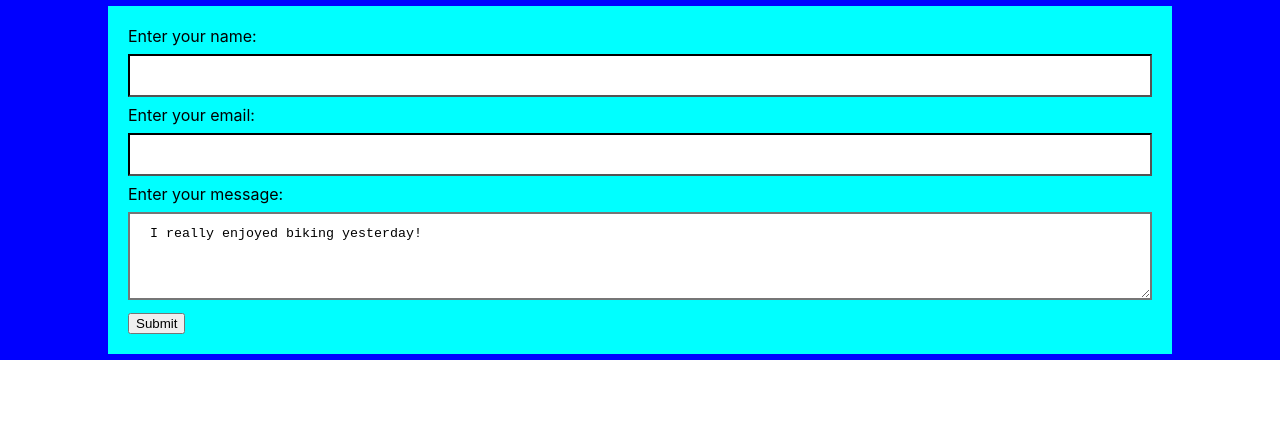
Repository: AddamVictorioDev/ProfileWebsite
Page: /form (app in con/)
These files come from the project's save history. The page is drawn as it stood at one moment and after the next save; the edit follows.
The browser window is 1280 px wide. The pictures show the whole page.
The project was rebuilt for these pictures with package versions that can differ from the ones it lists, and the page was loaded fresh each time. Also part of the build but not shown: con/src/App.css, con/src/home.css, con/src/home.js, con/src/addam.css, con/src/addam.js, con/src/usescripts.js, con/src/projects.js.

Above is the page before, as saved 2023-03-16 18:56:53.

### con/src/index.css
body {
  margin: 0;
  font-family: -apple-system, BlinkMacSystemFont, 'Segoe UI', 'Roboto', 'Oxygen',
    'Ubuntu', 'Cantarell', 'Fira Sans', 'Droid Sans', 'Helvetica Neue',
    sans-serif;
  -webkit-font-smoothing: antialiased;
  -moz-osx-font-smoothing: grayscale;
  /* background-image: url("/Users/addamvictorio/con/src/waterdropwallpp.jpg"); */
  /* background-color: #ffffff; */

}

code {
  font-family: source-code-pro, Menlo, Monaco, Consolas, 'Courier New',
    monospace;
}

### con/src/App.js
import logo from './logo.svg';
import './App.css';
import HomePage from './home';
import Addam from './addam';

import {
  BrowserRouter,
  Routes,
  Route
} from "react-router-dom";
import Projects from './projects';
import MyForm from './form';

function App() {

  return (

    <BrowserRouter>
      <Routes>


      <Route exact path="/" element={<Addam />}  />
      <Route path="projects" element={<Projects />} />
      <Route path="form" element={<MyForm />} />

      </Routes>


  </BrowserRouter>

  );
}

export default App;

### con/src/form.js
import { useState } from 'react';
import ReactDOM from 'react-dom/client';
import './form.css'

function MyForm() {
  const [inputs, setInputs] = useState({});
  const [textarea, setTextarea] = useState(
    "The content of a textarea goes in the value attribute"
  );

  const handleChange = (event) => {
    const name = event.target.name;
    const value = event.target.value;
    setInputs(values => ({...values, [name]: value}))
  }

  const handleSubmit = (event) => {
    event.preventDefault();
    alert(inputs);
  }

  return (
    <div className="center">
    <form onSubmit={handleSubmit}>
      <label>Enter your name:
      <input
        type="text"
        name="username"
        value={inputs.username || ""}
        onChange={handleChange}
      />
      </label>
      <label>Enter your email:
        <input
          type="text"
          name="age"
          value={inputs.age || ""}
          onChange={handleChange}
        />
        </label>
        <label>Enter your message:
        <textarea
        name="postContent"
        defaultValue="I really enjoyed biking yesterday!"
        rows={4}
        cols={40}
      />
        </label>

        <input type="submit" />
    </form>
    </div>
  )
}

export default MyForm;

### con/src/projects.css
.center{
    display: grid;
    justify-content: center;
    align-items: center;


}
.photo-grid {
    display: flex;
    height: 100%;

    border-radius: 10px;
    border-color: black;

    flex-wrap: wrap;
    justify-content: center;
    align-items: center;
    gap: 10px;
    background-color: blueviolet;
  }

  .photo-item {
    height: 100%;


    position: relative;




    overflow: auto;
  }

  img {
    width: 100%;
    height: 100%;


    object-fit: cover;
  }
  .img-text {
    position: absolute;
    width: 100%;
    bottom: 10px;

    color: white;
    background-color: rgb(199, 6, 6);
    padding: 10px;
  }

### con/src/form.css
body{
    display: grid;
    place-items: center;

}
.container{
    justify-content: center;
    align-items:center;
    background-color: aquamarine;
}

.center{
    display: grid;
    place-items: center;
    height: 50vh;
    background-color: blue;

}


form{
    background-color: aqua;
    width: 80%;
    padding: 20px;
}

input[type=text] {
    width: 100%;
    padding: 12px 20px;
    margin: 8px 0;
border-color: black;
    box-sizing: border-box;
  }
  textarea{

    width: 100%;
    padding: 12px 20px;
    margin: 8px 0;
    box-sizing: border-box;
    border-width: 2px;
  }

Loaded but not shown: con/public/index.html (common file); con/src/index.js (common file); con/src/reportWebVitals.js (common file)

After the next save:
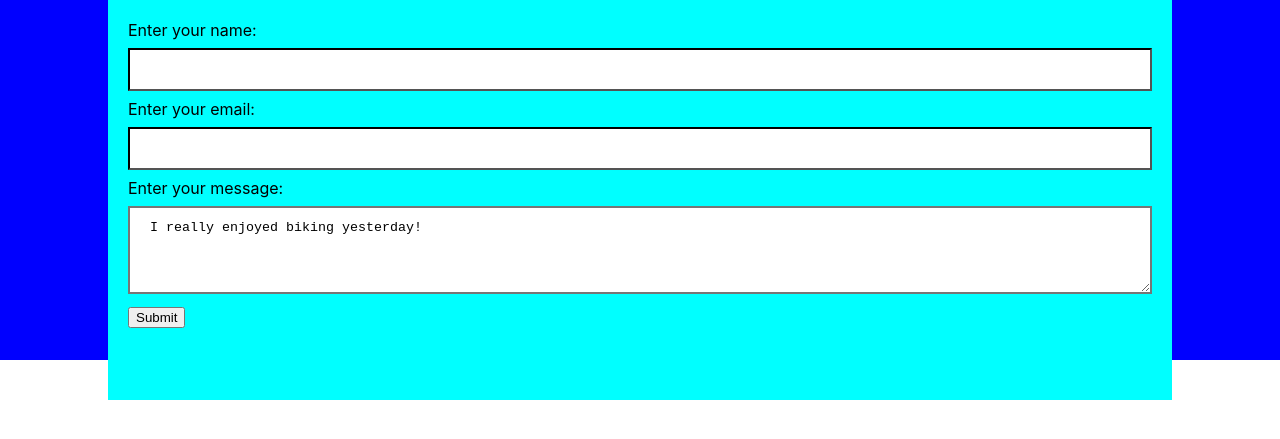
Saved 7 s later.
--- a/con/src/form.css
+++ b/con/src/form.css
@@ -19,6 +19,8 @@
 
 
 form{
+    height: 50vh;
+
     background-color: aqua;
     width: 80%;
     padding: 20px;

After the save that followed:
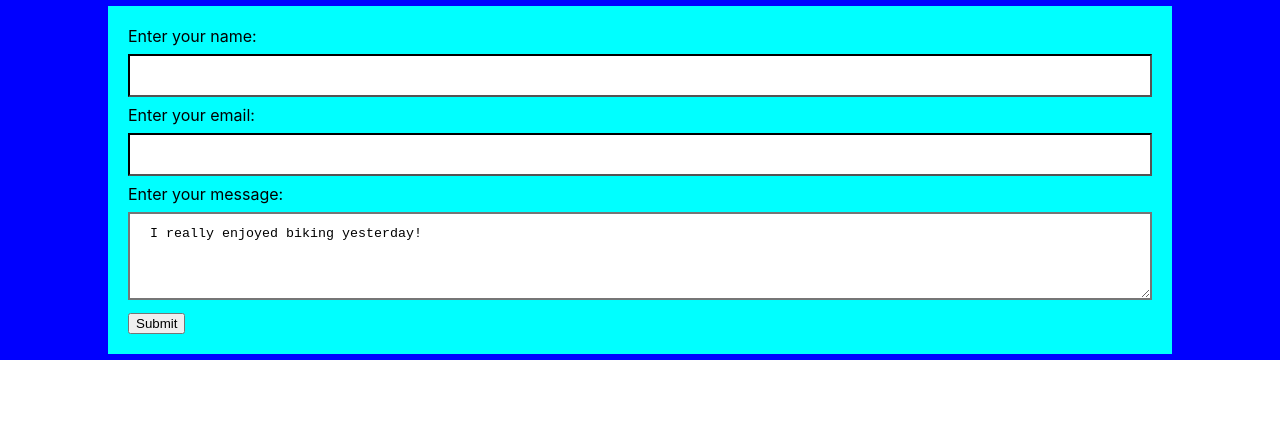
Saved 7 s later.
--- a/con/src/form.css
+++ b/con/src/form.css
@@ -19,8 +19,6 @@
 
 
 form{
-    height: 50vh;
-
     background-color: aqua;
     width: 80%;
     padding: 20px;
